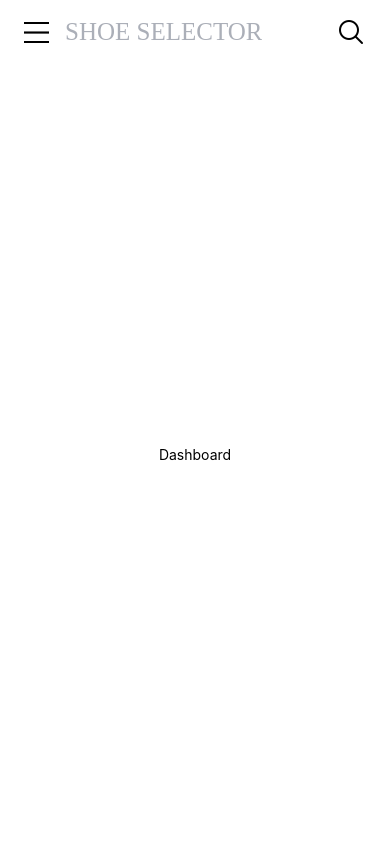
Repository: cultofdev/shopping-app
Screen: /
An editor plug-in stored every save of this project. The screen is shown before and after a run of saves, followed by the edit.
The app was drawn by React Native's web renderer in a window 390 px wide. The project was rebuilt for these pictures with package versions that can differ from the ones it lists, and the page was loaded fresh each time.

Above is the screen before, as saved 2021-08-16 05:27:21.

After the next 2 saves:
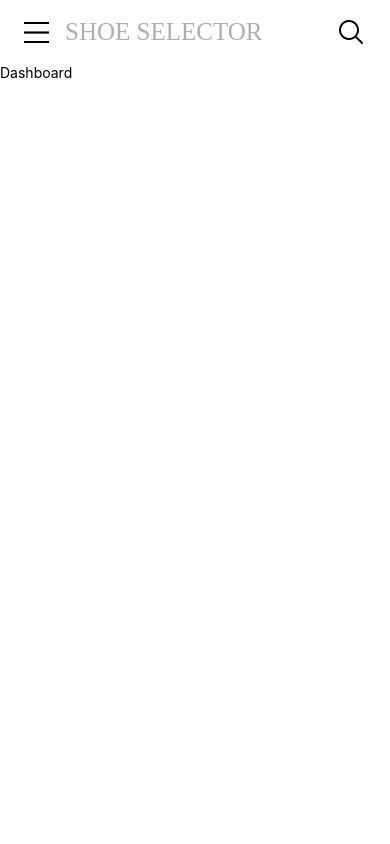
The 2 saves are shown as one change because 1 did not build or start.
The last was saved 5 min 21 s later.
--- a/src/screens/authorized/Dashboard.js
+++ b/src/screens/authorized/Dashboard.js
@@ -1,9 +1,87 @@
 import React from 'react';
 import { View, Text, StyleSheet, TouchableOpacity } from 'react-native';
 
-import { COLORS } from '../../utilities/constants'
+import { images, icons, COLORS, FONTS, SIZES } from '../../utilities/constants'
 
 const Dashboard = () => {
+    const [trending, setTrending] = React.useState([
+        {
+            id: 0,
+            name: "Nike Air Zoom Pegasus 36",
+            img: images.nikePegasus36,
+            bgColor: "#BF012C",
+            type: "RUNNING",
+            price: "$186",
+            sizes: [6, 7, 8, 9, 10]
+        },
+        {
+            id: 1,
+            name: "Nike Metcon 5",
+            img: images.nikeMetcon5Black,
+            bgColor: "#D39C67",
+            type: "TRAINING",
+            price: "$135",
+            sizes: [6, 7, 8, 9, 10, 11, 12]
+        },
+        {
+            id: 2,
+            name: "Nike Air Zoom Kobe 1 Proto",
+            img: images.nikeZoomKobe1Proto,
+            bgColor: "#7052A0",
+            type: "BASKETBALL",
+            price: "$199",
+            sizes: [6, 7, 8, 9]
+        },
+    ]);
+
+    const [recentlyViewed, setRecentlyViewed] = React.useState([
+        {
+            id: 0,
+            name: "Nike Metcon 4",
+            img: images.nikeMetcon4,
+            bgColor: "#414045",
+            type: "TRAINING",
+            price: "$119",
+            sizes: [6, 7, 8]
+        },
+        {
+            id: 1,
+            name: "Nike Metcon 6",
+            img: images.nikeMetcon6,
+            bgColor: "#4EABA6",
+            type: "TRAINING",
+            price: "$135",
+            sizes: [6, 7, 8, 9, 10, 11]
+        },
+        {
+            id: 2,
+            name: "Nike Metcon 5",
+            img: images.nikeMetcon5Purple,
+            bgColor: "#2B4660",
+            type: "TRAINING",
+            price: "$124",
+            sizes: [6, 7, 8, 9]
+        },
+        {
+            id: 3,
+            name: "Nike Metcon 3",
+            img: images.nikeMetcon3,
+            bgColor: "#A69285",
+            type: "TRAINING",
+            price: "$99",
+            sizes: [6, 7, 8, 9, 10, 11, 12, 13]
+        },
+        {
+            id: 4,
+            name: "Nike Metcon Free",
+            img: images.nikeMetconFree,
+            bgColor: "#A02E41",
+            type: "TRAINING",
+            price: "$108",
+            sizes: [6, 7, 8, 9, 10, 11]
+        },
+    ]);
+
     return (
         <View style={styles.container}>
             <TouchableOpacity>
@@ -16,8 +94,6 @@
 const styles = StyleSheet.create({
     container: {
         flex: 1,
-        alignItems: 'center',
-        justifyContent: 'center',
         backgroundColor: COLORS.white,
     }
 });
